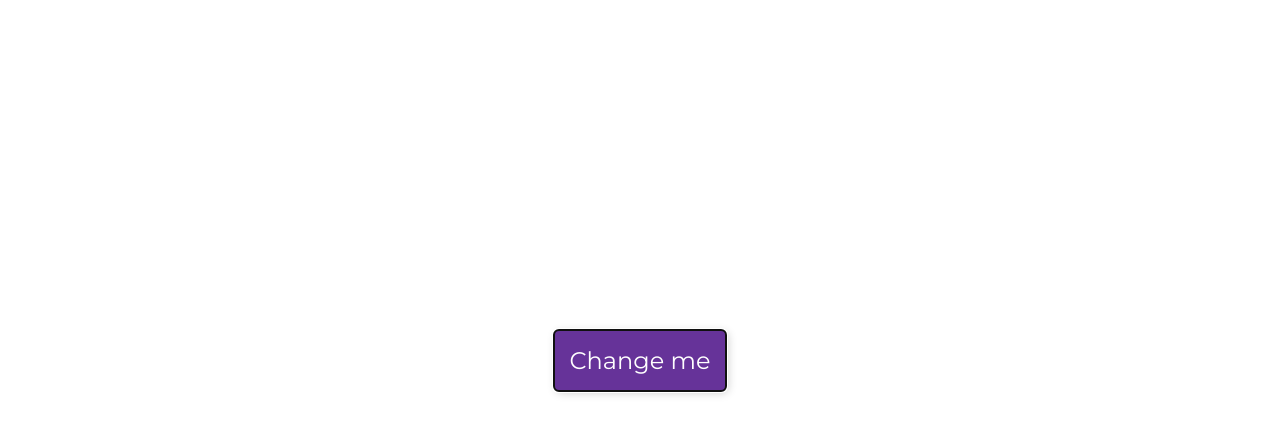
Repository: kate30980/js-practice
Page: background-changer/index.html
These files come from the project's save history. The page is drawn as it stood at one moment and after a run of saves; the edit follows.
The browser window is 1280 px wide. The pictures show the whole page.
The first visible `button` has the focus.

Above is the page before, as saved 2021-08-29 00:06:36.

### background-changer/index.html
<!DOCTYPE html>
<html lang="en">

<head>
    <meta charset="UTF-8">
    <meta http-equiv="X-UA-Compatible" content="IE=edge">
    <meta name="viewport" content="width=device-width, initial-scale=1.0">
    <title>Background Changer</title>
    <link rel="stylesheet" href="style.css">
    <script src="script.js" defer></script>
</head>

<body>
    <button id="btn">Change me</button>
</body>

</html>

### background-changer/style.css
@import url('https://fonts.googleapis.com/css2?family=Montserrat:wght@300;400;600;700&display=swap');
*{
    box-sizing: border-box;
}
body{
    display: flex;
    align-items: center;
    justify-content: center;
    font-family: 'Montserrat', sans-serif;
    margin: 0;
    min-height:100vh;
}
button{
    background-color: rebeccapurple;
    color: #fff;
    padding: 1rem;
    font-family: inherit;
    font-size: 1.5rem;
    box-shadow: 2px 2px 10px rgba(0,0,0,0.2);
    border-radius:5px;
    border: none;
    cursor: pointer;
}

### background-changer/script.js
const btn = document.getElementById("btn");

btn.addEventListener("click", () => {
  document.body.style.background = randomBg();
  console.log(randomBg());
});

function randomBg() {
  return `hsl(${Math.floor(Math.random() * 360)}, 100% , 50%)`;
}

After the next 2 saves:
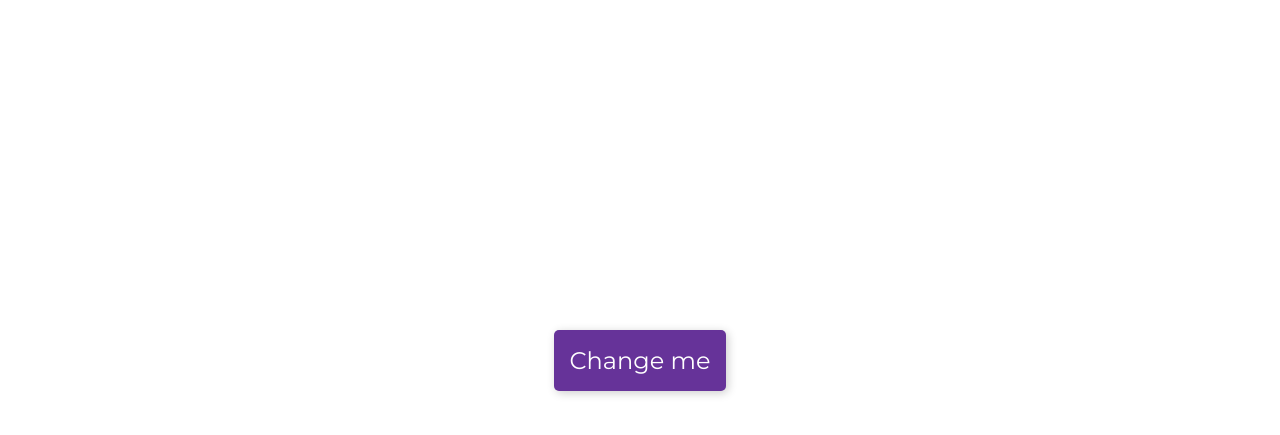
The 2 saves are shown as one change because they came seconds apart.
The last was saved 66 s later.
--- a/background-changer/style.css
+++ b/background-changer/style.css
@@ -21,3 +21,9 @@
     border: none;
     cursor: pointer;
 }
+button:focus{
+    outline: none;
+}
+button:active{
+    box-shadow: 0;
+}
